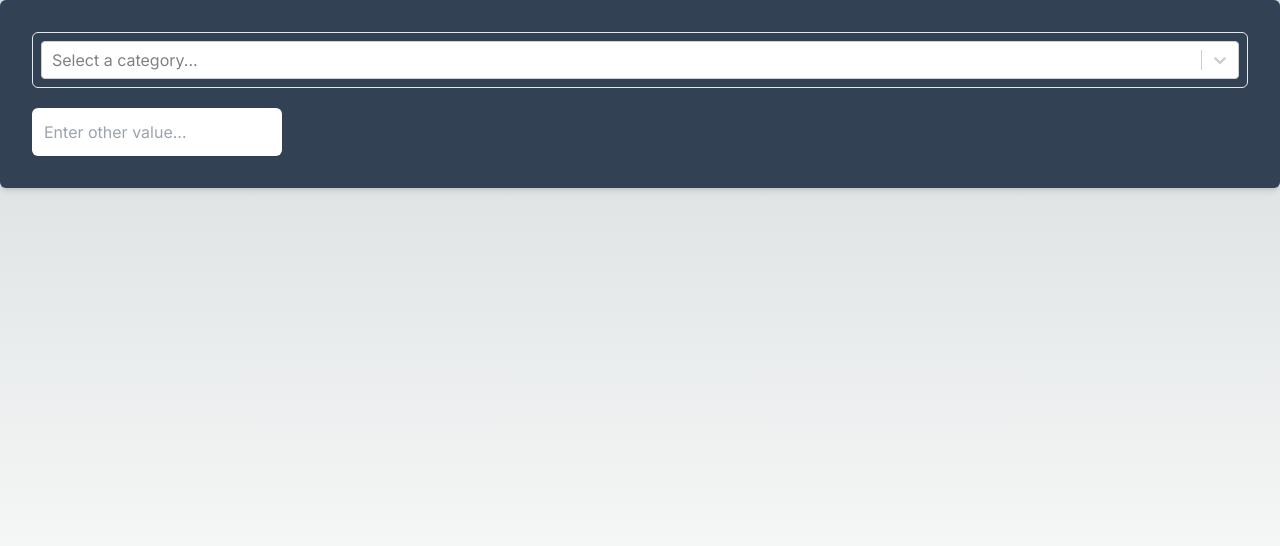
Repository: abdulrahmanmahmood/Mazaady-Portal-Frontend-Task-react-next--1
Page: /
An editor plug-in stored every save of this project. The page is shown before and after the next save, followed by the edit.
The browser window is 1280 px wide. The pictures show the whole page.
The page's requests for data from a server got no answer. The project was rebuilt for these pictures with package versions that can differ from the ones it lists, and the page was loaded fresh each time. The framework's server and built-in components were replaced by stand-ins that run in the browser. No one was signed in, and anything a server would have sent is missing. Also part of the build but not shown: next.config.mjs.

Above is the page before, as saved 2024-01-29 18:50:50.

After the next save:
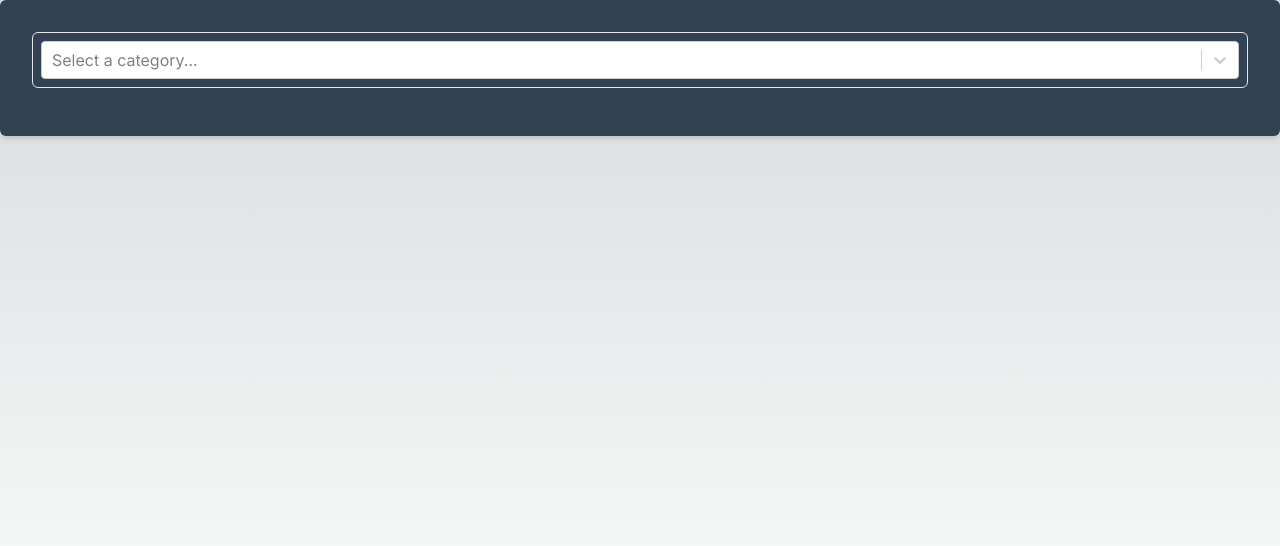
Saved 6 s later.
--- a/app/page.js
+++ b/app/page.js
@@ -106,13 +106,7 @@ export default function Home() {
             {/* ... (your existing code) */}
           </>
         )}
-              <input
-                type="text"
-                value={otherValue}
-                onChange={(e) => setOtherValue(e.target.value)}
-                placeholder="Enter other value..."
-                className="mt-1 w-[250px] rounded-md border-red-600 shadow-sm  p-3"
-              />
+
       </div>
     </main>
   );
